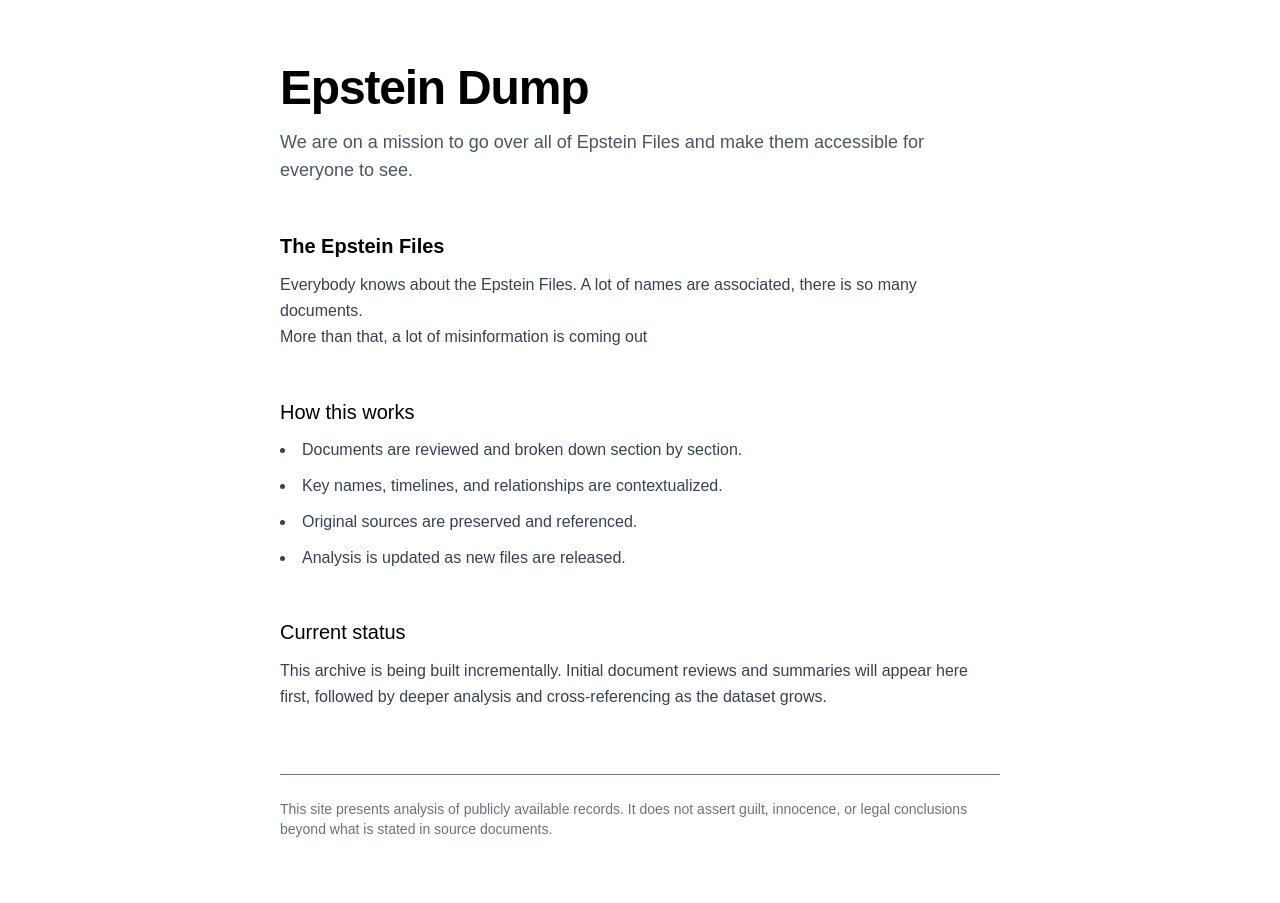
Repository: dayvoid97/epsteindump
Page: /
These files come from the project's save history. The page is drawn as it stood at one moment and after the next save; the edit follows.
The browser window is 1280 px wide. The pictures show the whole page.
The project was rebuilt for these pictures with package versions that can differ from the ones it lists, and the page was loaded fresh each time. The framework's server and built-in components were replaced by stand-ins that run in the browser. Also part of the build but not shown: next.config.ts.

Above is the page before, as saved 2026-02-02 01:17:26.

### app/page.tsx
export default function Home() {
  return (
    <main className="min-h-screen bg-white text-black">
      <div className="max-w-3xl mx-auto px-6 py-16">
        {/* Header */}
        <header className="mb-12">
          <h1 className="text-4xl md:text-5xl font-semibold tracking-tight">Epstein Dump</h1>
          <p className="mt-4 text-lg text-gray-600">
            We are on a mission to go over all of Epstein Files and make them accessible for
            everyone to see.
          </p>
        </header>

        {/* Mission */}
        <section className="mb-12">
          <h2 className="font-bold text-xl  mb-3">The Epstein Files</h2>
          <p className="text-gray-700 leading-relaxed">
            Everybody knows about the Epstein Files. A lot of names are associated, there is so many
            documents.
          </p>
          <p className="text-gray-700 leading-relaxed">
            More than that, a lot of misinformation is coming out
          </p>
        </section>

        {/* What to Expect */}
        <section className="mb-12">
          <h2 className="text-xl font-medium mb-3">How this works</h2>
          <ul className="space-y-3 text-gray-700 list-disc list-inside">
            <li>Documents are reviewed and broken down section by section.</li>
            <li>Key names, timelines, and relationships are contextualized.</li>
            <li>Original sources are preserved and referenced.</li>
            <li>Analysis is updated as new files are released.</li>
          </ul>
        </section>

        {/* Status */}
        <section className="mb-16">
          <h2 className="text-xl font-medium mb-3">Current status</h2>
          <p className="text-gray-700 leading-relaxed">
            This archive is being built incrementally. Initial document reviews and summaries will
            appear here first, followed by deeper analysis and cross-referencing as the dataset
            grows.
          </p>
        </section>

        {/* Footer */}
        <footer className="border-t pt-6 text-sm text-gray-500">
          <p>
            This site presents analysis of publicly available records. It does not assert guilt,
            innocence, or legal conclusions beyond what is stated in source documents.
          </p>
        </footer>
      </div>
    </main>
  )
}

Loaded but not shown: app/layout.tsx (common file); app/globals.css (common file)

After the next save:
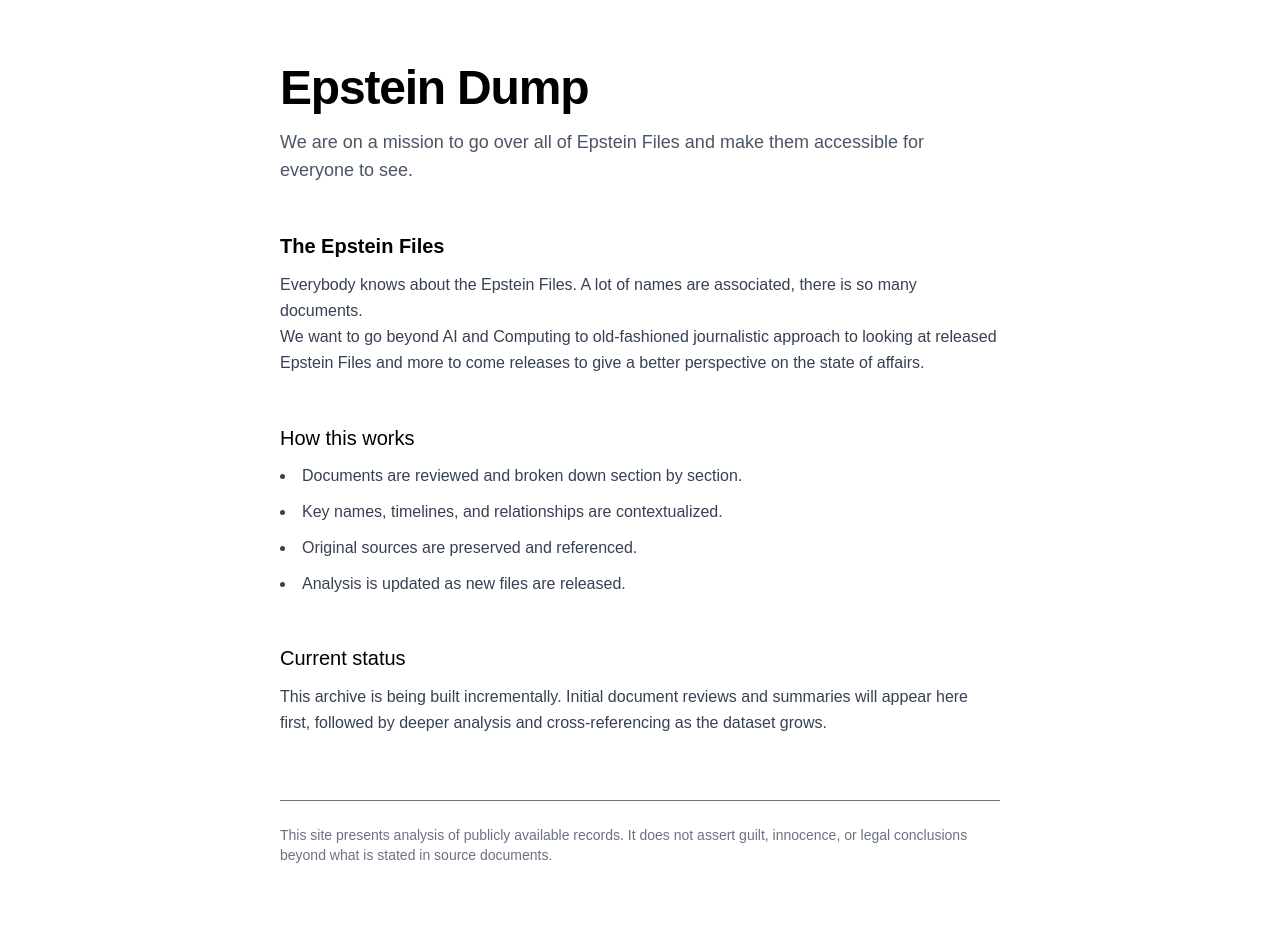
Saved 91 s later.
--- a/app/page.tsx
+++ b/app/page.tsx
@@ -18,8 +18,11 @@
             Everybody knows about the Epstein Files. A lot of names are associated, there is so many
             documents.
           </p>
+
           <p className="text-gray-700 leading-relaxed">
-            More than that, a lot of misinformation is coming out
+            We want to go beyond AI and Computing to old-fashioned journalistic approach to looking
+            at released Epstein Files and more to come releases to give a better perspective on the
+            state of affairs.
           </p>
         </section>
 
